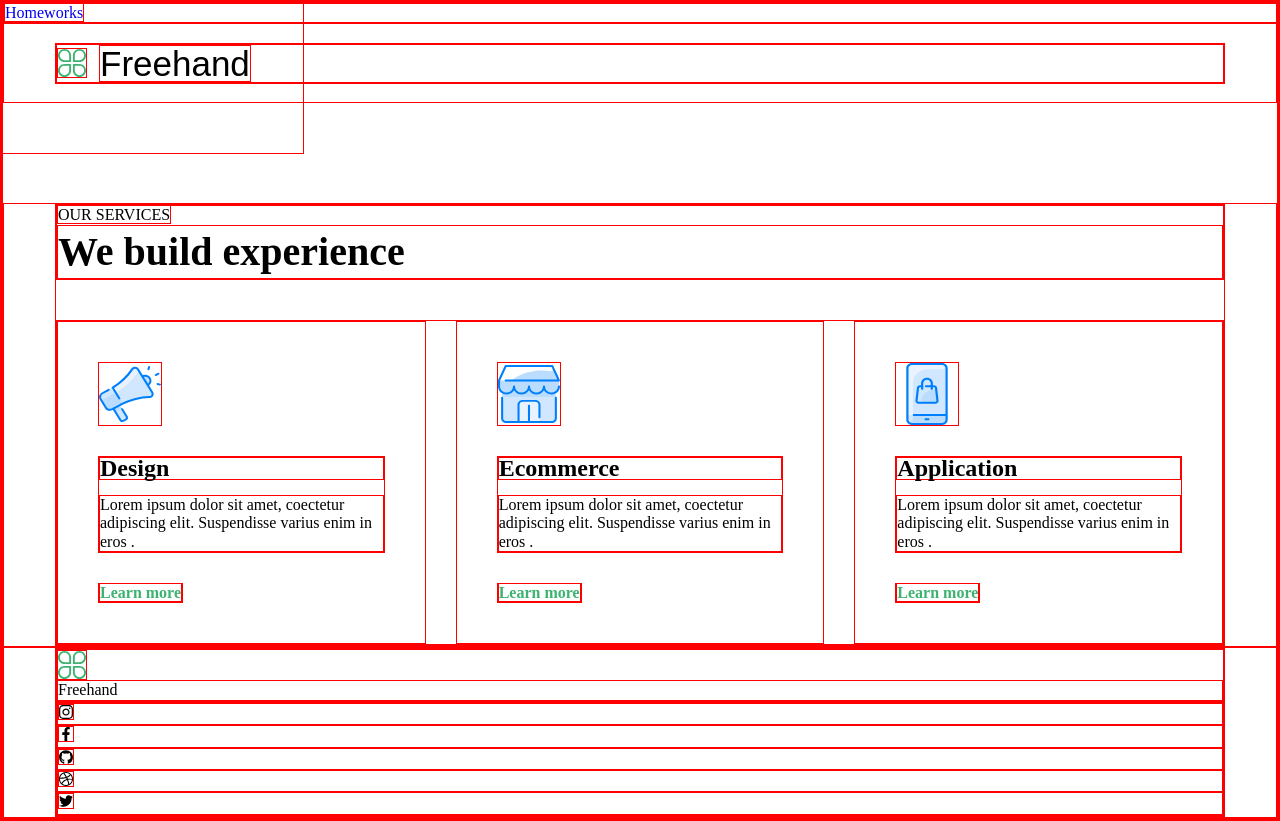
Repository: Tsiniavska/beetroot-test-project
Page: Homeworks/svg/index.html
An editor plug-in stored every save of this project. The page is shown before and after the next save, followed by the edit.
The browser window is 1280 px wide. The pictures show the whole page.
Some web fonts or font styles are not loaded; a fallback is used.

Above is the page before, as saved 2024-02-28 22:36:26.

After the next save:
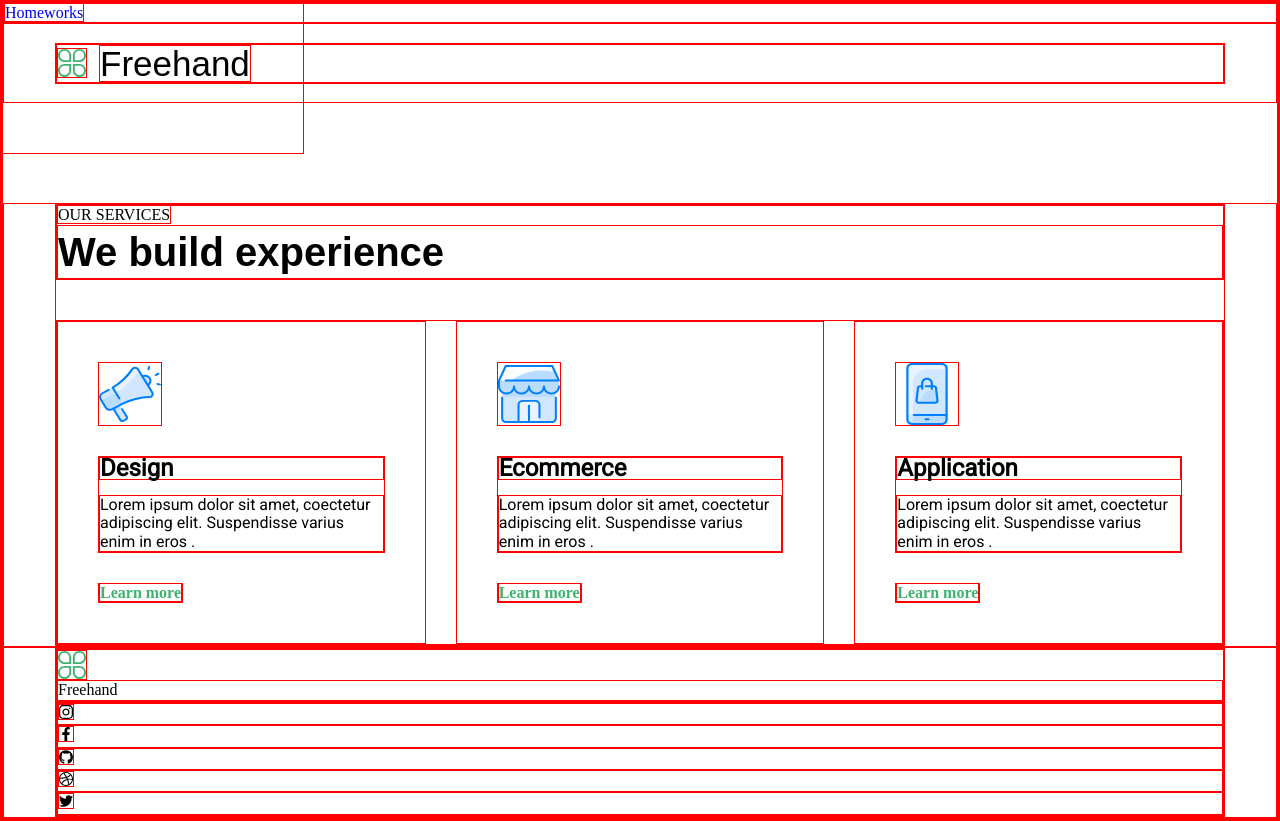
Saved 31 s later.
--- a/Homeworks/svg/index.css
+++ b/Homeworks/svg/index.css
@@ -44,7 +44,7 @@
 .content-title {
   font-size: 2.5em;
   line-height: 52px;
-  font-family: var(-);
+  font-family: var(--f-h1);
 }
 
 .content-blocks {
@@ -68,7 +68,7 @@
 }
 
 .content-blocks-item-text {
-  font-family: var(--f-text: "Roboto", sans-serif);
+  font-family: var(--f-text);
 }
 
 .content-blocks-item-title {
